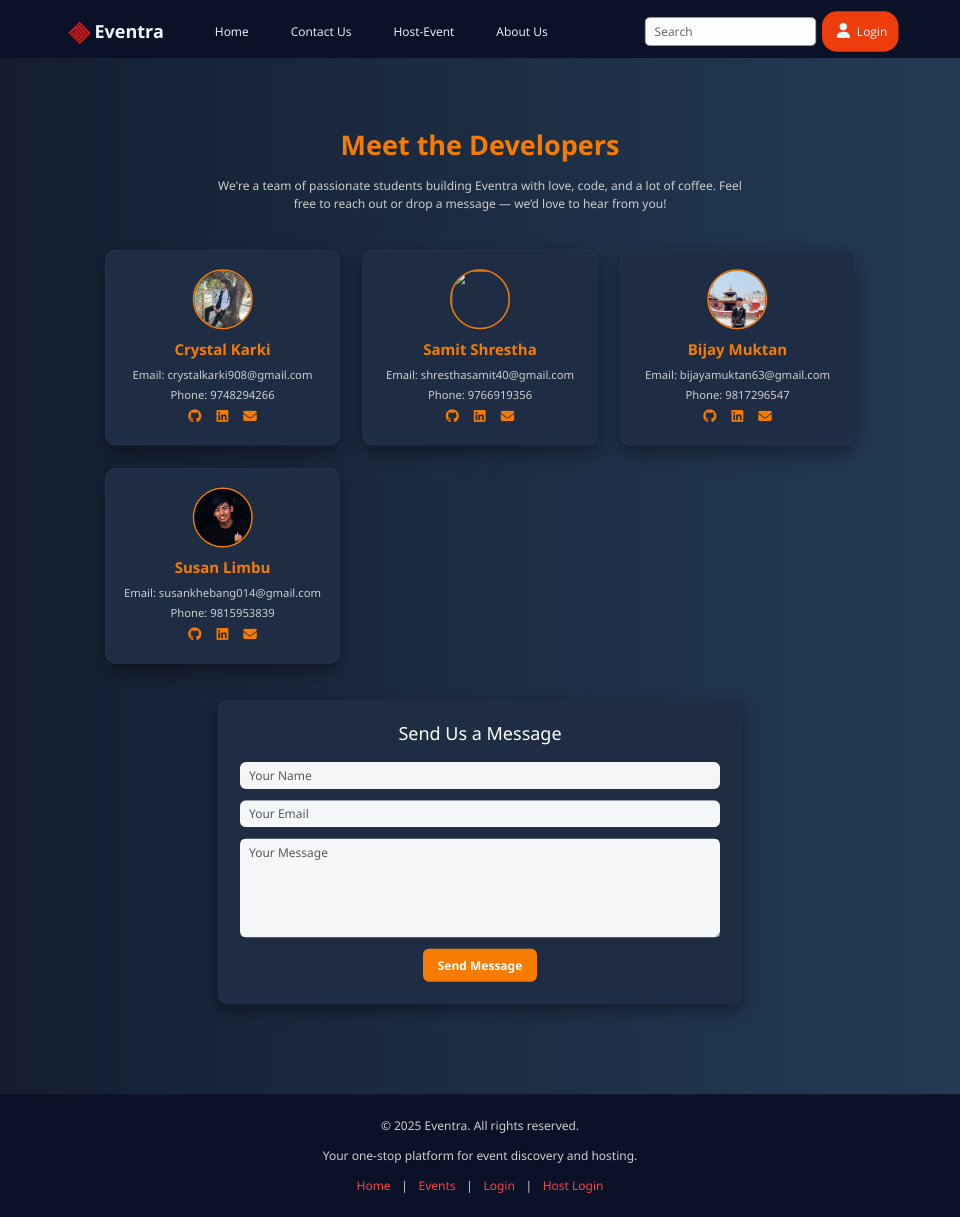
Repository: samit2059/Eventra
Page: mainEvent/contact_us.html
An editor plug-in stored every save of this project. The page is shown before and after the next save, followed by the edit.
The browser window is 1280 px wide. The pictures show the whole page, at 75% of full size.

Above is the page before, as saved 2025-07-16 07:25:44.
Not found: images/samit.jpge

### mainEvent/contact_us.html
<!DOCTYPE html>
<html lang="en">
<head>
  <meta charset="UTF-8" />
  <meta name="viewport" content="width=device-width, initial-scale=1.0"/>
  <title>EVENTRA -Contact us</title>
  <link href="https://cdn.jsdelivr.net/npm/bootstrap@5.3.7/dist/css/bootstrap.min.css" rel="stylesheet" />
  <link rel="stylesheet" href="footer.css" />
<link rel="stylesheet" href="https://cdnjs.cloudflare.com/ajax/libs/font-awesome/4.7.0/css/font-awesome.min.css">
  <link rel="stylesheet" href="https://cdnjs.cloudflare.com/ajax/libs/font-awesome/6.5.0/css/all.min.css" />
    <link rel="icon" type="image/x-icon" href="../images/Logo1.png" />
  <style>
    @import url("https://fonts.googleapis.com/css2?family=Montserrat:wght@300&family=Open+Sans:ital,wght@0,300..800;1,300..800&display=swap");
    body {
      background: linear-gradient(to right, #141e30, #243b55);
      color: #eee;
      font-family: 'Segoe UI', sans-serif;
    }

    .contact-container {
      padding: 100px 20px 60px;
      min-height: 100vh;
    }

    .contact-heading {
      font-size: 36px;
      text-align: center;
      color: #f57c00;
      font-weight: bold;
      margin-bottom: 20px;
    }

    .contact-message {
      text-align: center;
      font-size: 16px;
      color: #ccc;
      max-width: 700px;
      margin: 0 auto 50px;
    }

    .developer-grid {
      display: grid;
      grid-template-columns: repeat(auto-fit, minmax(250px, 1fr));
      gap: 30px;
      max-width: 1000px;
      margin: 0 auto;
    }

    .contact-card {
      background-color: #1e2d44;
      border-radius: 15px;
      padding: 25px 20px;
      box-shadow: 0 10px 25px rgba(0, 0, 0, 0.4);
      transition: all 0.3s ease;
      color: #ddd;
      text-align: center;
      border: 1px solid rgba(255, 255, 255, 0.05);
    }

    .contact-card:hover {
      transform: translateY(-5px);
      box-shadow: 0 15px 30px rgba(255, 123, 0, 0.2);
    }

    .profile-img {
      width: 80px;
      height: 80px;
      border-radius: 50%;
      object-fit: cover;
      margin-bottom: 15px;
      border: 2px solid #f57c00;
      transition: 0.3s;
      cursor: pointer;
    }

    .contact-card h5 {
      color: #f57c00;
      font-weight: 600;
      margin-bottom: 10px;
    }

    .contact-card p {
      margin: 4px 0;
      font-size: 15px;
      color: #ccc;
    }

    .social-icons a {
      color: #f57c00;
      margin: 0 8px;
      font-size: 18px;
      transition: 0.2s;
    }

    .social-icons a:hover {
      color: #fff;
    }

    /* Contact Form */
    .contact-form-section {
      margin-top: 80px;
      max-width: 700px;
      background-color: #1e2d44;
      padding: 30px;
      border-radius: 12px;
      box-shadow: 0 8px 20px rgba(0, 0, 0, 0.4);
      margin-left: auto;
      margin-right: auto;
    }

    .contact-form-section input,
    .contact-form-section textarea {
      background-color: #f4f6f8;
      border: none;
      border-radius: 8px;
      margin-bottom: 15px;
      color: #222;
    }

    .contact-form-section button {
      background-color: #f57c00;
      border: none;
      color: white;
      padding: 10px 20px;
      border-radius: 8px;
      font-weight: bold;
    }

    /* Lightbox preview */
    .preview-img {
      width: 100%;
      max-width: 400px;
      margin: 0 auto;
      display: none;
    }

    #img-preview-modal {
      position: fixed;
      top: 0;
      left: 0;
      z-index: 9999;
      width: 100vw;
      height: 100vh;
      background: rgba(0,0,0,0.8);
      display: none;
      align-items: center;
      justify-content: center;
    }

    #img-preview-modal img {
      max-height: 90vh;
      border: 5px solid #f57c00;
      border-radius: 12px;
    }

    #img-preview-modal span {
      position: absolute;
      top: 20px;
      right: 40px;
      font-size: 30px;
      color: white;
      cursor: pointer;
    }
  </style>
</head>
<body>

   <!-- Navbar -->
  <nav class="navbar navbar-expand-lg fixed-top justify-center" style="background-color: #0b1126; padding-top: 15px;">
    <div class="container">
      <a
          class="navbar-brand p-1"
          href="event.html"
          style="color: aliceblue; font-weight: bold; font-size: 24px"
          ><img src="../images/Logo1.png" width="30" height="30" style="margin: 0 5px;" alt=""/>Eventra</a
        ><button class="navbar-toggler" type="button" data-bs-toggle="collapse" data-bs-target="#navbarSupportedContent">
        <span class="navbar-toggler-icon"></span>
      </button>
      <div class="collapse navbar-collapse" id="navbarSupportedContent" style="font-family: Open sans;">
        <ul class="navbar-nav me-auto mb-2 mb-lg-0">
          <li class="nav-item" style="padding: 0 20px 0 40px;">
            <a class="nav-link active" href="event.html" style="color: aliceblue;">Home</a>
          </li>
          <li class="nav-item" style="padding: 0 20px;">
            <a class="nav-link" href="contact_us.html" style="color: aliceblue;">Contact Us</a>
          </li>
          <li class="nav-item" style="padding: 0 20px;">
            <a class="nav-link" href="../ASign-InPage/index.html" style="color: aliceblue;">Host-Event</a>
          </li>
          <li class="nav-item" style="padding: 0 20px;">
            <a class="nav-link" href="about_us.html" style="color: aliceblue;">About Us</a>
          </li>
        </ul>
        <form class="d-flex" role="search" style="font-family: Open sans;">
          <input class="form-control me-2" type="search" placeholder="Search" aria-label="Search" />
        </form>
        <li class="nav-item d-flex" style="padding: 15px 5px; background-color: #ed3d0c; border-radius: 20px;">
          <a
              class="nav-link"
              href="../ASign-InPage/index.html"
              style="color: aliceblue; padding: 0 10px; align-items: center;"
              >
              <i class="fa fa-user " style="font-size: 20px; padding: 0 5px;"></i>
              Login</a>
        </li>
      </div>
    </div>
  </nav>

  <br><br><br>


  <!-- Contact Section -->
  <section class="contact-container">
    <h1 class="contact-heading">Meet the Developers</h1>
    <p class="contact-message">
      We're a team of passionate students building Eventra with love, code, and a lot of coffee. Feel free to reach out or drop a message — we’d love to hear from you!
    </p>

    <div class="developer-grid">
      <!-- Developer Cards -->
      <div class="contact-card">
        <img src="../images/crystal.jpg" class="profile-img" onclick="showImage(this.src)">
        <h5>Crystal Karki</h5>
        <p>Email: crystalkarki908@gmail.com</p>
        <p>Phone: 9748294266</p>
        <div class="social-icons">
          <a href="#"><i class="fab fa-github"></i></a>
          <a href="#"><i class="fab fa-linkedin"></i></a>
          <a href="mailto:crystalkarki908@gmail.com"><i class="fas fa-envelope"></i></a>
        </div>
      </div>

      <div class="contact-card">
        <img src="../images/samit.jpge" class="profile-img" onclick="showImage(this.src)">
        <h5>Samit Shrestha</h5>
        <p>Email: shresthasamit40@gmail.com</p>
        <p>Phone: 9766919356</p>
        <div class="social-icons">
          <a href="#"><i class="fab fa-github"></i></a>
          <a href="#"><i class="fab fa-linkedin"></i></a>
          <a href="mailto:shresthasamit40@gmail.com"><i class="fas fa-envelope"></i></a>
        </div>
      </div>

      <div class="contact-card">
        <img src="../images/bijaya.jpg" class="profile-img" onclick="showImage(this.src)">
        <h5>Bijay Muktan</h5>
        <p>Email: bijayamuktan63@gmail.com</p>
        <p>Phone: 9817296547</p>
        <div class="social-icons">
          <a href="#"><i class="fab fa-github"></i></a>
          <a href="#"><i class="fab fa-linkedin"></i></a>
          <a href="mailto:bijayamuktan63@gmail.com"><i class="fas fa-envelope"></i></a>
        </div>
      </div>

      <div class="contact-card">
        <img src="../images/susan.jpg" class="profile-img" onclick="showImage(this.src)">
        <h5>Susan Limbu</h5>
        <p>Email: susankhebang014@gmail.com</p>
        <p>Phone: 9815953839</p>
        <div class="social-icons">
          <a href="#"><i class="fab fa-github"></i></a>
          <a href="#"><i class="fab fa-linkedin"></i></a>
          <a href="mailto:susankhebang014@gmail.com"><i class="fas fa-envelope"></i></a>
        </div>
      </div>
    </div>

    <!-- Contact Form -->
    <div class="contact-form-section mt-5">
      <h4 class="text-center text-white mb-4">Send Us a Message</h4>
      <form>
        <input type="text" class="form-control" placeholder="Your Name" required />
        <input type="email" class="form-control" placeholder="Your Email" required />
        <textarea class="form-control" placeholder="Your Message" rows="5" required></textarea>
        <div class="text-center">
          <button type="submit">Send Message</button>
        </div>
      </form>
    </div>
  </section>

  <!-- Image Preview Modal -->
  <div id="img-preview-modal" onclick="closeImage()">
    <span>&times;</span>
    <img src="" id="modal-img" alt="Preview" />
  </div>

  <!-- Footer -->
 <footer>
    <p>&copy; 2025 Eventra. All rights reserved.</p>
    <p>Your one-stop platform for event discovery and hosting.</p>
    <div>
      <a href="index.html">Home</a> |
      <a href="events.html">Events</a> |
      <a href="login.html">Login</a> |
      <a href="host-login.html">Host Login</a>
    </div>
  </footer>


  <!-- JS -->
  <script>
    function showImage(src) {
      document.getElementById('modal-img').src = src;
      document.getElementById('img-preview-modal').style.display = 'flex';
    }
    function closeImage() {
      document.getElementById('img-preview-modal').style.display = 'none';
    }
  </script>
  <script src="https://cdn.jsdelivr.net/npm/bootstrap@5.3.7/dist/js/bootstrap.bundle.min.js"></script>
</body>
</html>

### mainEvent/footer.css
 footer {
      background: #0b1126;
      color: #cfcfcf;
      padding: 30px 20px;
      text-align: center;
      margin-top: 60px;
    }

    footer a {
      color: #ff4141;
      margin: 0 10px;
      text-decoration: none;
      transition: 0.3s ease-in;
    }

    footer a:hover {
      color: #61bb46;
      text-decoration: underline;
    }

After the next save:
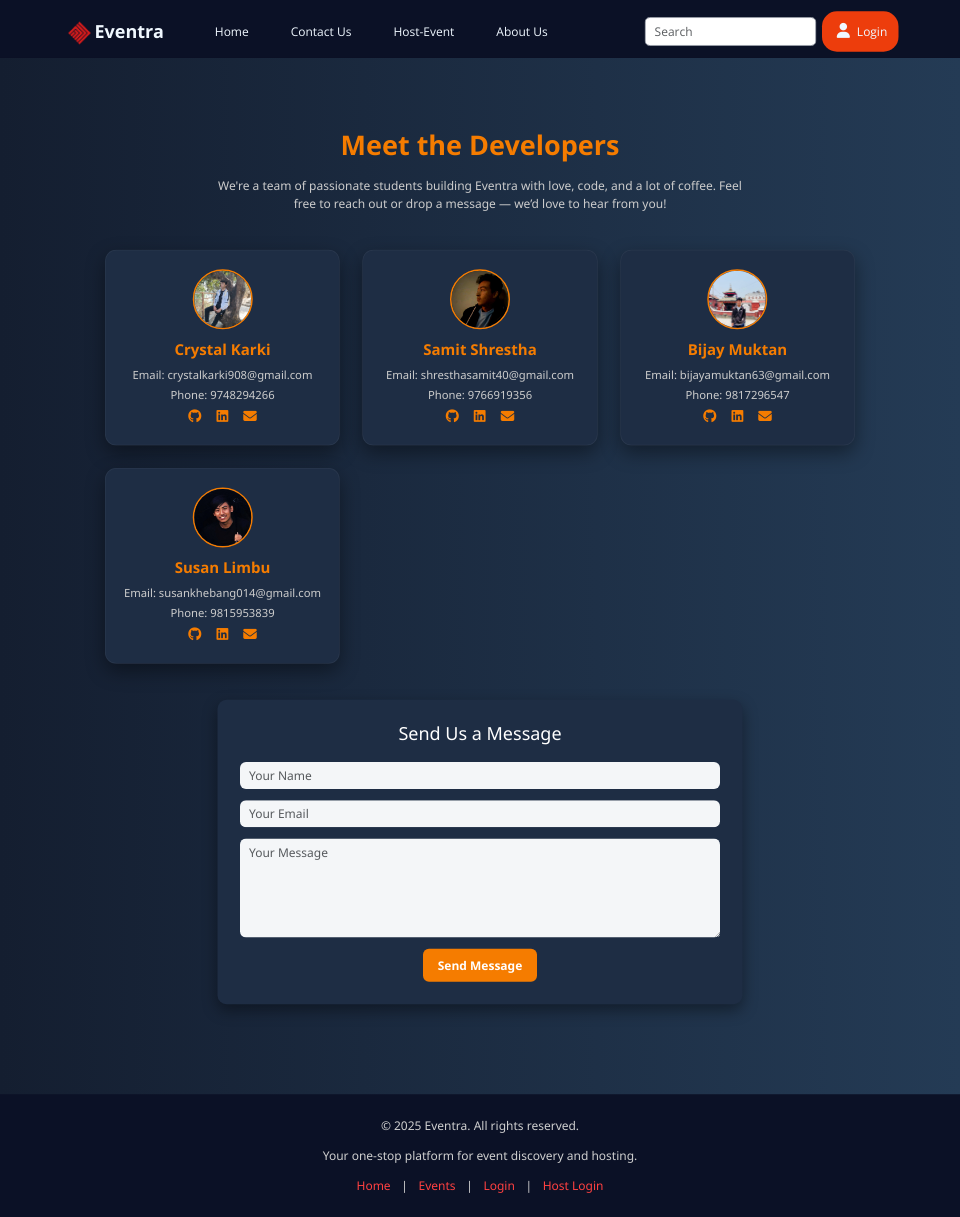
Saved 84 s later.
--- a/mainEvent/contact_us.html
+++ b/mainEvent/contact_us.html
@@ -232,7 +232,7 @@
       </div>
 
       <div class="contact-card">
-        <img src="../images/samit.jpge" class="profile-img" onclick="showImage(this.src)">
+        <img src="../images/samit.jpeg" class="profile-img" onclick="showImage(this.src)">
         <h5>Samit Shrestha</h5>
         <p>Email: shresthasamit40@gmail.com</p>
         <p>Phone: 9766919356</p>
